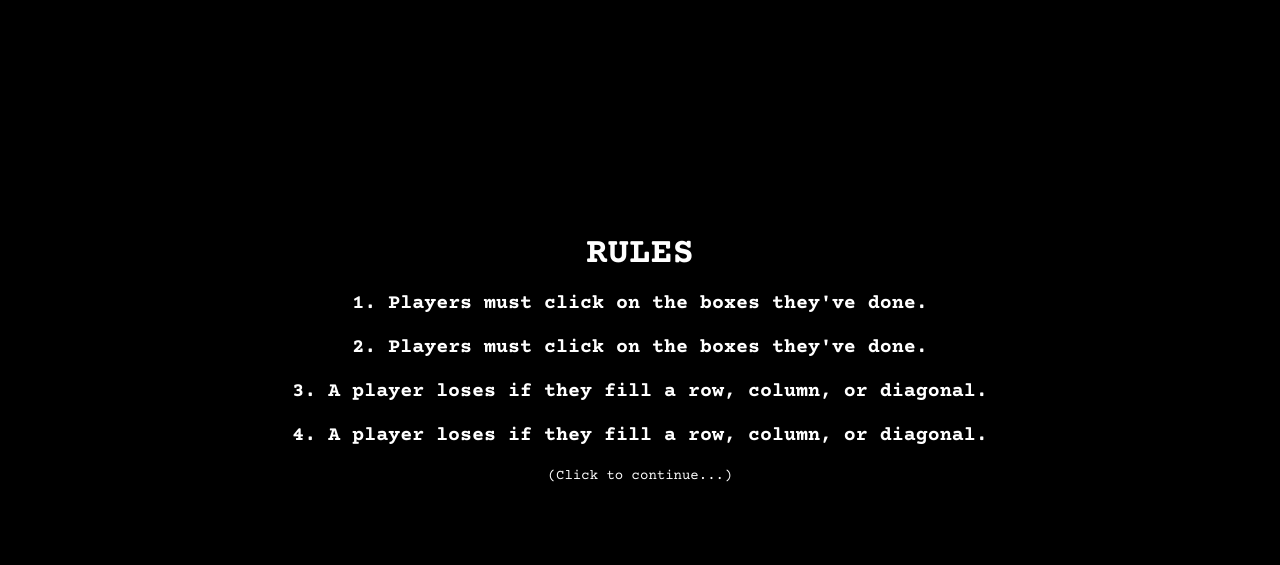
Repository: Jeysmeister/sensoryminds-bingo
Page: /
These files come from the project's save history. The page is drawn as it stood at one moment and after the next save; the edit follows.
The browser window is 1280 px wide. The pictures show the whole page.
The project was rebuilt for these pictures with package versions that can differ from the ones it lists, and the page was loaded fresh each time. The framework's server and built-in components were replaced by stand-ins that run in the browser. Also part of the build but not shown: next.config.ts.

Above is the page before, as saved 2024-11-12 18:04:29.

### app/layout.tsx
import type { Metadata } from "next";
import { Courier_Prime } from "next/font/google";
import "./globals.css";
import Header from "./components/Header";

export const metadata: Metadata = {
  title: "Never have I BINGO",
  description: "Sensory Minds Front-End Coding Challenge",
};

const courier = Courier_Prime({
  subsets: ["latin"],
  weight: ["400", "700"],
});

export default function RootLayout({
  children,
}: Readonly<{
  children: React.ReactNode;
}>) {
  return (
    <html lang="en">
      <body className={`${courier.className} antialiased`}>{children}</body>
    </html>
  );
}

### app/page.tsx
import { neverHaveIEverQuestions } from "@/data/questions";
import BingoCard from "./components/BingoCard";
import Header from "./components/Header";

export default function Home() {
  const getRandomQuestions = (count: number) => {
    const shuffled = [...neverHaveIEverQuestions].sort(() => 0.5 - Math.random());
    return shuffled.slice(0, count);
  };
  const questions = getRandomQuestions(24);
  return (
    <div className="flex w-screen overflow-hidden">
      {/* <div className="cursor-pointer">
        <div className="w-screen h-screen flex justify-center items-center text-white bg-black flex-col gap-4">
          <div className="text-xl font-bold">Welcome to</div> <div className="text-4xl font-bold">NEVER HAVE I BINGO</div>
          <div className="text-sm">(Click to continue...)</div>
        </div>
      </div> */}
      <div className="cursor-pointer">
        <div className="w-screen h-screen flex justify-center items-center text-white bg-black flex-col gap-4">
          <div className="text-4xl font-bold">RULES</div>
          <div className="text-xl font-bold">1. Players must click on the boxes they've done.</div>
          <div className="text-xl font-bold">2. Players must click on the boxes they've done.</div>
          <div className="text-xl font-bold">3. A player loses if they fill a row, column, or diagonal.</div>
          <div className="text-xl font-bold">4. A player loses if they fill a row, column, or diagonal.</div>
          <div className="text-sm">(Click to continue...)</div>
        </div>
      </div>
      {/* <div className="w-screen h-screen flex flex-col justify-center items-center">
        <Header />
        <BingoCard questions={questions} />
      </div> */}
    </div>
  );
}

### data/questions.ts
export const neverHaveIEverQuestions = [
  "laughed so hard I snorted",
  "eaten a whole pizza by myself",
  "stayed up all night binge-watching a series",
  "danced in the rain",
  "tried to learn another language just to impress someone",
  "accidentally texted the wrong person",
  "pretended to know a celebrity",
  "had a nightmare about work or school",
  "played a prank on a teacher or boss",
  "gone skinny dipping",
  "gotten lost in an amusement park",
  "been on a blind date",
  "pretended to be on a cooking show while making food",
  "locked myself out of my house",
  "forgotten an important anniversary or birthday",
  "tried a weird food combination that I ended up loving",
  "cried during a movie",
  "played a video game all night",
  "forgotten someone's name right after meeting them",
  "laughed at a joke I didn't get",
  "sung karaoke in public",
  "cried at a wedding",
  "been the last one awake at a sleepover",
  "tried to start a fire without matches or a lighter",
  "accidentally sent a message to the wrong person",
  "made up an excuse to get out of a date",
  "accidentally walked into the wrong restroom",
  "gotten a tattoo I regretted",
  "pretended to like a gift I didn't like",
  "been on a roller coaster",
  "cried during a song",
  "fainted in public",
  "had my phone fall in water",
  "pretended to be sick to skip school or work",
  "done a backflip",
  "lied to my best friend",
  "been scared of clowns",
  "cried at a concert",
  "sang in the shower",
  "had a crush on a teacher",
  "broken a bone",
  "eaten food that was still frozen",
  "gotten stitches",
  "driven a car",
  "ridden a motorcycle",
  "been to a haunted house",
  "been on TV",
  "been afraid of the dark",
  "been stuck in an elevator",
  "lost my wallet",
  "cooked an elaborate meal for myself",
  "accidentally broken a friend's item and didn't tell them",
  "regretted a social media post",
  "missed a flight",
  "forgotten my passport while traveling",
  "made a mess and left it for someone else to clean",
  "skipped school or work for a road trip",
  "written a poem for someone",
  "fallen asleep on public transportation and missed my stop",
  "said 'you too' when a cashier said 'enjoy your meal'",
  "been told I look like a celebrity",
  "stayed up all night talking to someone",
  "gone to a costume party as myself",
  "bought something just for the packaging",
  "tried to do the splits",
  "put something back on the shelf after deciding not to buy it",
  "worn pajamas in public",
  "ordered an item of food just to take a picture of it",
  "walked into a glass door",
  "gone somewhere just for the free food",
  "tried a dance move from a music video",
  "lost something important and found it years later",
  "kept a plant alive for over a year",
  "given a fake name at a coffee shop",
  "forgotten where I parked my car",
  "forgotten my own phone number",
  "sent a text while angry that I regretted later",
  "watched an entire series in a single day",
  "had a song stuck in my head for days",
  "missed an important event because I overslept",
  "gotten sunburned so badly I peeled",
  "tried to ice skate and fallen",
  "been in a flash mob",
  "left a comment on a stranger's social media",
  "gone to the movies alone",
  "pretended to understand something I didn't",
  "stolen something small from a hotel",
  "broken a bone and not realized it immediately",
  "sent an email without proofreading it first",
  "taken a personality quiz online",
  "signed up for something I didn't want just for a freebie",
  "gotten a scar from something silly",
  "apologized to an object after bumping into it",
  "lost track of time while browsing the internet",
  "taken a selfie with a pet",
  "stayed in pajamas all day",
  "been seasick",
  "seen a ghost",
  "tried to play matchmaker for friends",
  "pretended I knew the words to a song",
  "kept a secret for over a year",
  "ate something weird just to prove I could",
  "looked up my own name on the internet",
  "changed my hairstyle on a whim",
  "put salt in coffee or tea by accident",
  "eaten a whole cake by myself",
  "watched a movie and fell asleep halfway through",
  "had an imaginary friend",
  "been to a concert",
  "eaten food that was past its expiration date",
  "accidentally called someone by the wrong name",
  "broken something expensive and blamed it on someone else",
  "spent more than $100 on something I didn’t need",
  "used someone else's toothbrush",
  "tried to eat something spicy and regretted it immediately",
  "posted something embarrassing online",
  "tried to flirt and failed miserably",
  "lied about my age",
  "been on a dating app",
  "used a fake ID",
  "faked being sick to avoid something",
  "lived in a place that wasn’t my own",
  "kept something from my childhood",
  "had a pet that wasn’t a dog or cat",
  "faked a phone call",
  "ate something because it was trendy",
  "thought I was going to die at some point",
  "slept through an alarm",
  "danced in front of a mirror",
  "sang in front of a mirror",
  "had a food fight",
  "tried to become friends with someone just because they were popular",
  "stalked someone on social media",
  "tried to break up with someone but didn’t",
  "had a crush on a fictional character",
  "joined a group just to get discounts",
  "told someone a secret and regretted it",
  "ate something I didn’t like to be polite",
  "cheated on a test",
  "used a burner phone",
  "felt awkward in a social setting",
  "kept a childhood toy",
  "threw a surprise party for someone",
  "accidentally walked into a room full of people while I was on a video call",
  "joined a club to meet new people",
  "went on a blind date",
  "helped a friend cheat on an exam",
  "had a weird pet",
  "forgotten to charge my phone",
  "called in sick to work when I wasn’t",
  "been caught stealing something",
  "tried to take a shortcut that ended up being longer",
  "left a store without paying for something",
  "made a fake profile to prank someone",
  "kept a really embarrassing thing secret from my family",
  "met someone famous",
  "slept through an important meeting",
  "had a crush on a teacher",
  "sang in public",
  "had a bad haircut and didn’t tell anyone",
  "used a dating app without success",
  "snuck into a movie",
  "made a prank phone call",
  "used someone’s Netflix account without permission",
  "went on a vacation alone",
  "used a discount code that wasn’t meant for me",
  "accidentally wore mismatched socks",
  "tried a weird life hack that didn’t work",
  "got scammed online",
  "eaten an entire chocolate bar in one sitting",
  "seen something creepy and didn’t tell anyone",
  "been told to be quiet in a library",
  "been to a theme park with friends",
  "gotten in trouble for something I didn’t do",
  "had a fashion disaster",
  "was a picky eater when I was younger",
  "accidentally liked an old photo on social media",
  "wore sunglasses inside",
  "stayed up late for no reason",
  "had an awkward family gathering",
  "been called out in a public place",
  "tried to impress someone and failed",
  "lost a bet and had to do something silly",
  "said something inappropriate in front of my parents",
  "been to a concert of a band I didn’t like",
  "laughed during a serious moment",
  "tried to sell something I didn’t need",
  "talked to someone only to realize I had met them before",
  "tried to skip a line and got caught",
  "ate food that was not prepared by me",
  "tried to fix something and made it worse",
  "was shocked by something that turned out to be a prank",
  "pretended to be asleep when someone walked in",
  "had a crush on someone for a long time without telling them",
  "spent too much money on coffee",
  "missed a major event because I overslept",
  "sent a message to the wrong person by accident",
  "accidentally made an embarrassing sound in public",
  "looked up how to do something but still couldn’t",
  "tried to impress someone with a talent I didn’t have",
  "tried a food that sounded good but tasted bad",
  "was caught talking to myself in public",
  "made a mess and didn’t clean it up",
  "was caught eavesdropping on a conversation",
  "spent more than I planned on something",
  "told someone I was busy when I wasn’t",
  "went somewhere just for the food",
  "tried to act cool but failed",
  "lost something and then found it in a place I looked earlier",
  "spent an entire day in my pajamas",
  "tried a DIY project and it turned out horrible",
  "pretended to be an expert at something",
  "laughed at a joke I didn’t understand",
  "accidentally sent a text with a typo to my boss",
  "talked to someone for a while only to realize they weren’t who I thought",
  "tried to speak another language and failed",
  "got caught in a lie",
  "accidentally said something inappropriate",
  "pretended to know how to drive but didn’t",
  "lost my phone and found it in the last place I looked",
  "ate something and immediately regretted it",
  "been surprised by a surprise party",
  "sung a song in the car like it was a concert",
  "pretended to be sick to avoid work",
  "had a pet that I wasn’t responsible for",
  "been on a reality TV show",
  "eaten a whole bag of chips in one sitting",
  "watched something on Netflix that was totally embarrassing",
  "forgotten to reply to a message for a week",
  "gotten lost and found my way by asking for directions",
  "been embarrassed by my own joke",
  "told a bad joke that no one laughed at",
  "forgotten my own birthday",
  "failed a simple task",
  "been caught stealing something small",
  "spied on someone without their knowledge",
  "drank coffee at midnight",
  "accidentally sent a selfie to the wrong person",
  "made a huge mistake at work",
  "accidentally dyed my hair a weird color",
  "acted like I knew something but didn’t",
  "forgotten where I put my phone",
  "told a fib that backfired",
  "shared a secret that wasn’t mine to share",
];

Loaded but not shown: app/globals.css (common file); tailwind.config.ts (common file)

After the next save:
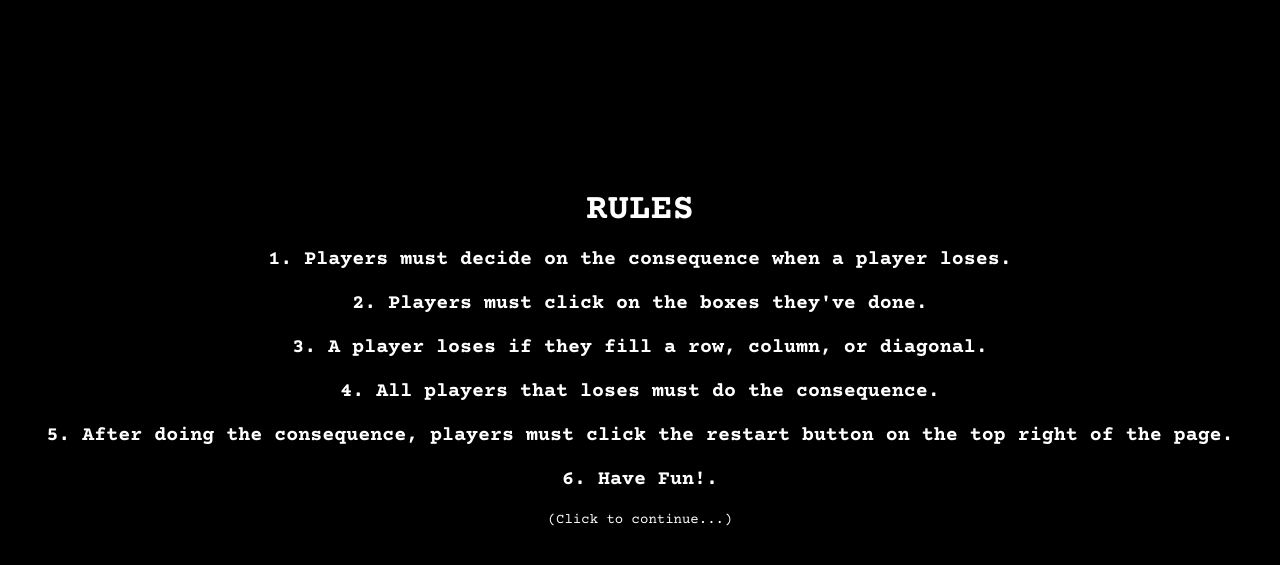
Saved 90 s later.
--- a/app/page.tsx
+++ b/app/page.tsx
@@ -19,10 +19,12 @@ export default function Home() {
       <div className="cursor-pointer">
         <div className="w-screen h-screen flex justify-center items-center text-white bg-black flex-col gap-4">
           <div className="text-4xl font-bold">RULES</div>
-          <div className="text-xl font-bold">1. Players must click on the boxes they've done.</div>
+          <div className="text-xl font-bold">1. Players must decide on the consequence when a player loses.</div>
           <div className="text-xl font-bold">2. Players must click on the boxes they've done.</div>
           <div className="text-xl font-bold">3. A player loses if they fill a row, column, or diagonal.</div>
-          <div className="text-xl font-bold">4. A player loses if they fill a row, column, or diagonal.</div>
+          <div className="text-xl font-bold">4. All players that loses must do the consequence.</div>
+          <div className="text-xl font-bold">5. After doing the consequence, players must click the restart button on the top right of the page.</div>
+          <div className="text-xl font-bold">6. Have Fun!.</div>
           <div className="text-sm">(Click to continue...)</div>
         </div>
       </div>
